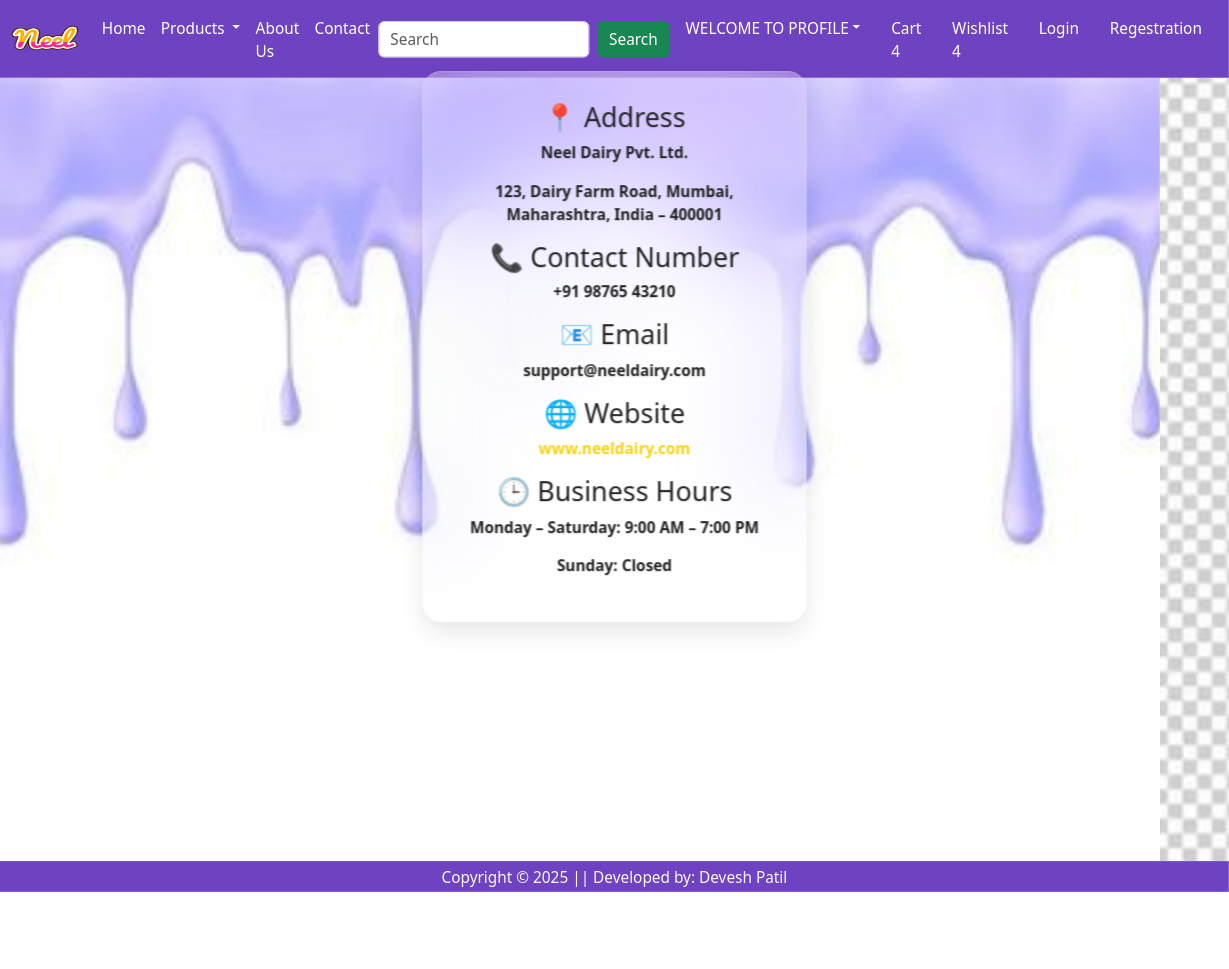
Repository: DeveshPatill/mydjango
Page: http://localhost/contact/
An editor plug-in stored every save of this project. The page is shown before and after the next save, followed by the edit.
The browser window is 1280 px wide. The pictures show the whole page, at 96% of full size.
The page is served by the project's application, run on Django 5.2 (ec/manage.py).

Above is the page before, as saved 2025-03-23 02:22:46.

After the next save:
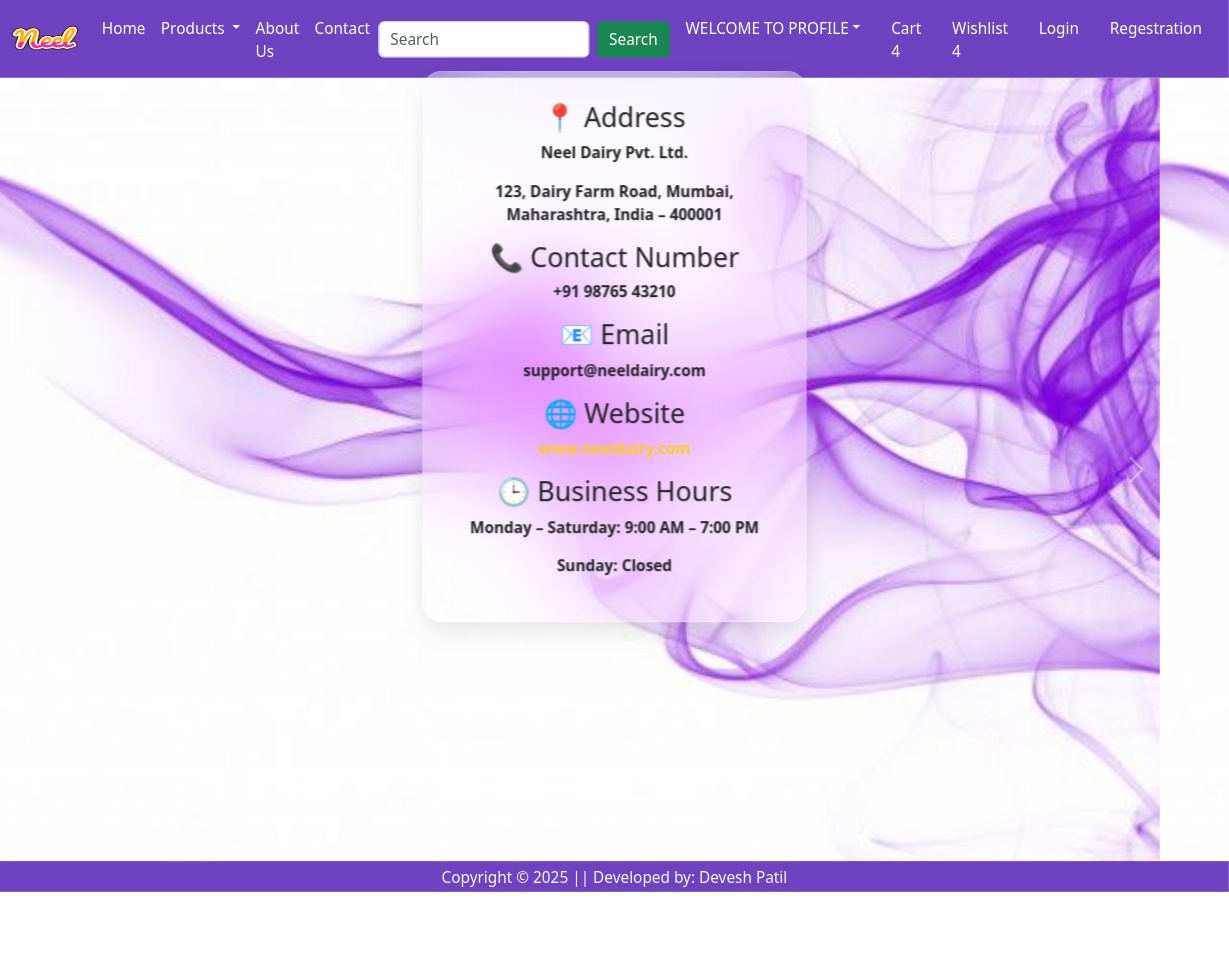
Saved 115 s later.
--- a/ec/app/templates/app/contact.html
+++ b/ec/app/templates/app/contact.html
@@ -8,13 +8,13 @@
 <div id="backgroundCarousel" class="carousel slide" data-bs-ride="carousel">
     <div class="carousel-inner">
         <div class="carousel-item active">
-            <img src="{%static 'app/images/banner/b7.jpg' %}" class="d-block w-100" alt="Dairy Banner 1">
+            <img src="{%static 'app/images/banner/b10.jpg' %}" class="d-block w-100" alt="Dairy Banner 1">
         </div>
         <div class="carousel-item">
-            <img src="{%static 'app/images/banner/b8.jpg' %}" class="d-block w-100" alt="Dairy Banner 2">
+            <img src="{%static 'app/images/banner/b10.jpg' %}" class="d-block w-100" alt="Dairy Banner 2">
         </div>
         <div class="carousel-item">
-            <img src="{%static 'app/images/banner/b9.jpg' %}" class="d-block w-100" alt="Dairy Banner 3">
+            <img src="{%static 'app/images/banner/b10.jpg' %}" class="d-block w-100" alt="Dairy Banner 3">
         </div>
     </div>
 
